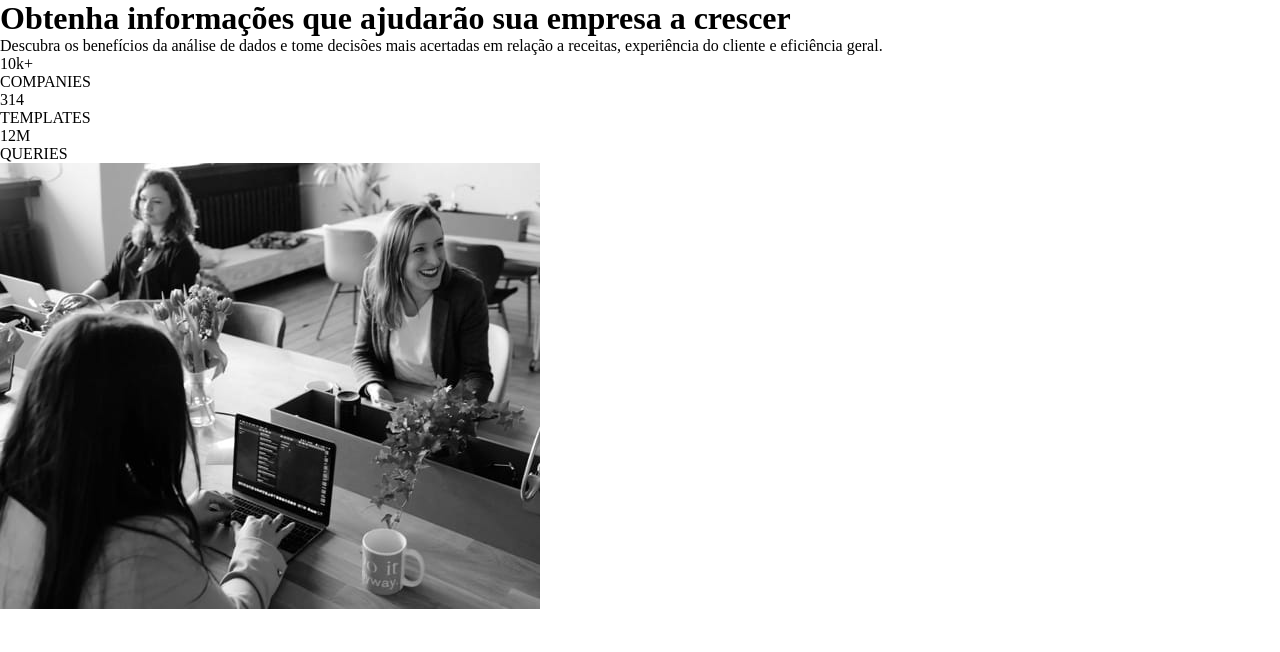
Repository: caique2512/componentes-de-estatisticas
Page: index.html
The author's editor kept a copy of each file at every save. The page is drawn from the files as they stood at one save, then again after the next save.
The browser window is 1280 px wide. The pictures show the whole page.

Above is the page before, as saved 2026-03-03 17:00:12.

### index.html
<!DOCTYPE html>
<html lang="pt-br">
<head>
    <meta charset="UTF-8">
    <meta name="viewport" content="width=device-width, initial-scale=1.0">
    <title>Estatisticas</title>
    <link rel="stylesheet" href="src/reset.css">
    <link rel="stylesheet" href="src/estilos.css">
</head>
<body>
    <main class="conteudo">
        <div class="conteudo-principal">
            <h1>Obtenha informações que ajudarão sua empresa a crescer</h1>
            <p>Descubra os benefícios da análise de dados e tome decisões mais acertadas em relação a receitas, experiência do cliente e eficiência geral.</p>
            <ul class="estatisticas">
                <ul class="item1">
                    <li class="descricao">10k+</li>
                    <li>COMPANIES</li>
                </ul>
                <ul class="item2">
                    <li class="descricao">314</li>
                    <li>TEMPLATES</li>
                </ul>
                <ul class="item3">
                    <li class="descricao">12M</li>
                    <li>QUERIES</li>
                </ul>
            </ul>
        </div>
        <picture class="img">
            <img src="./images/image-header-desktop.jpg" alt="Mulheres no escritório">
        </picture>
    </main>
</body>
</html>

### src/estilos.css
.conteudo {
    background-color: ;
}

Loaded but not shown: src/reset.css (common file)

After the next save:
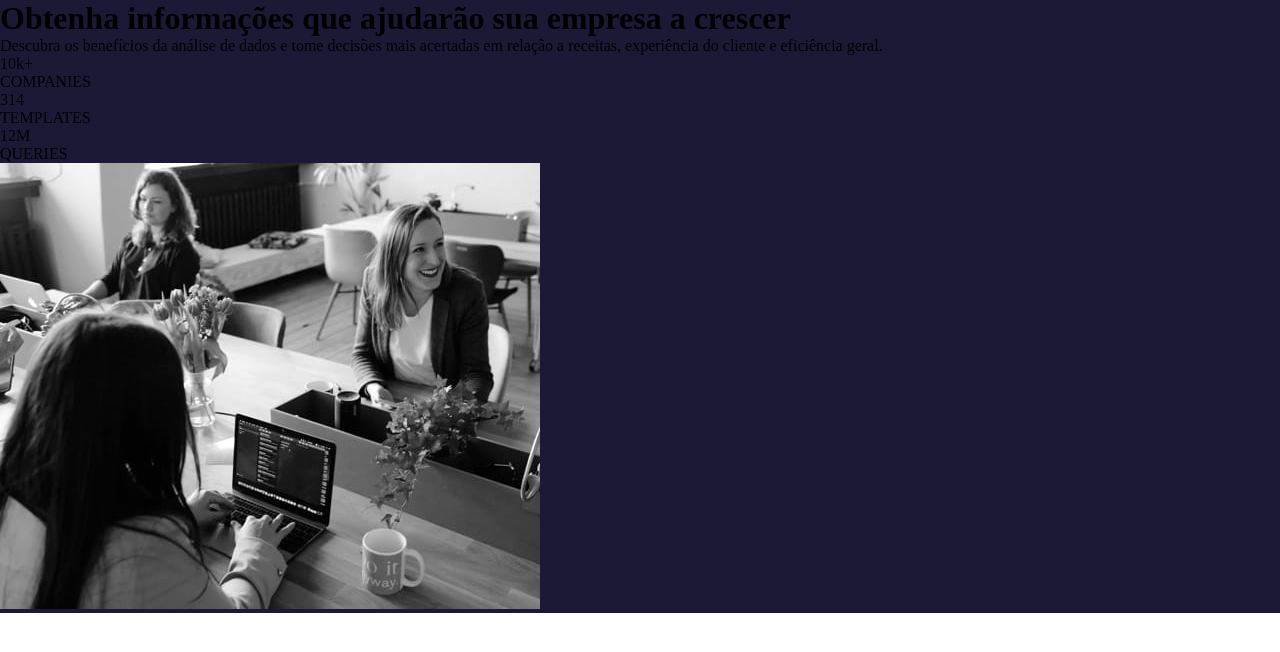
Saved 33 s later.
--- a/src/estilos.css
+++ b/src/estilos.css
@@ -1,3 +1,3 @@
 .conteudo {
-    background-color: ;
+    background-color: #1C1937;
 }
